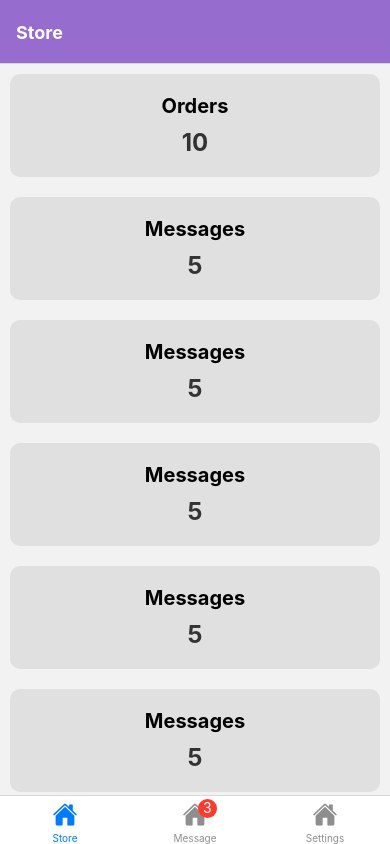
Repository: Waikato153/AwesomeProject
Screen: /
An editor plug-in stored every save of this project. The screen is shown before and after the next save, followed by the edit.
The app was drawn by React Native's web renderer in a window 390 px wide. The project was rebuilt for these pictures with package versions that can differ from the ones it lists, and the page was loaded fresh each time.

Above is the screen before, as saved 2024-02-29 11:45:58.

After the next save:
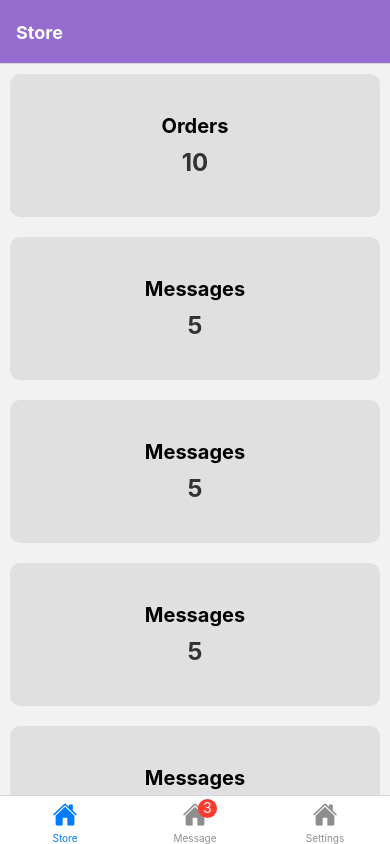
Saved 5 s later.
--- a/screens/HomeScreen.js
+++ b/screens/HomeScreen.js
@@ -44,7 +44,7 @@
     alignItems: 'center',
     backgroundColor: '#e0e0e0',
     borderRadius: 10,
-    padding: 20,
+    padding: 40,
     margin: 10,
   },
   title: {

After the save that followed:
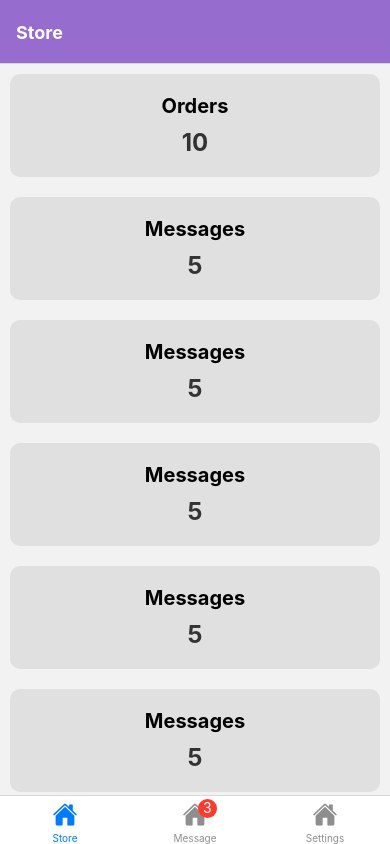
Saved 5 s later.
--- a/screens/HomeScreen.js
+++ b/screens/HomeScreen.js
@@ -44,7 +44,7 @@
     alignItems: 'center',
     backgroundColor: '#e0e0e0',
     borderRadius: 10,
-    padding: 40,
+    padding: 20,
     margin: 10,
   },
   title: {
